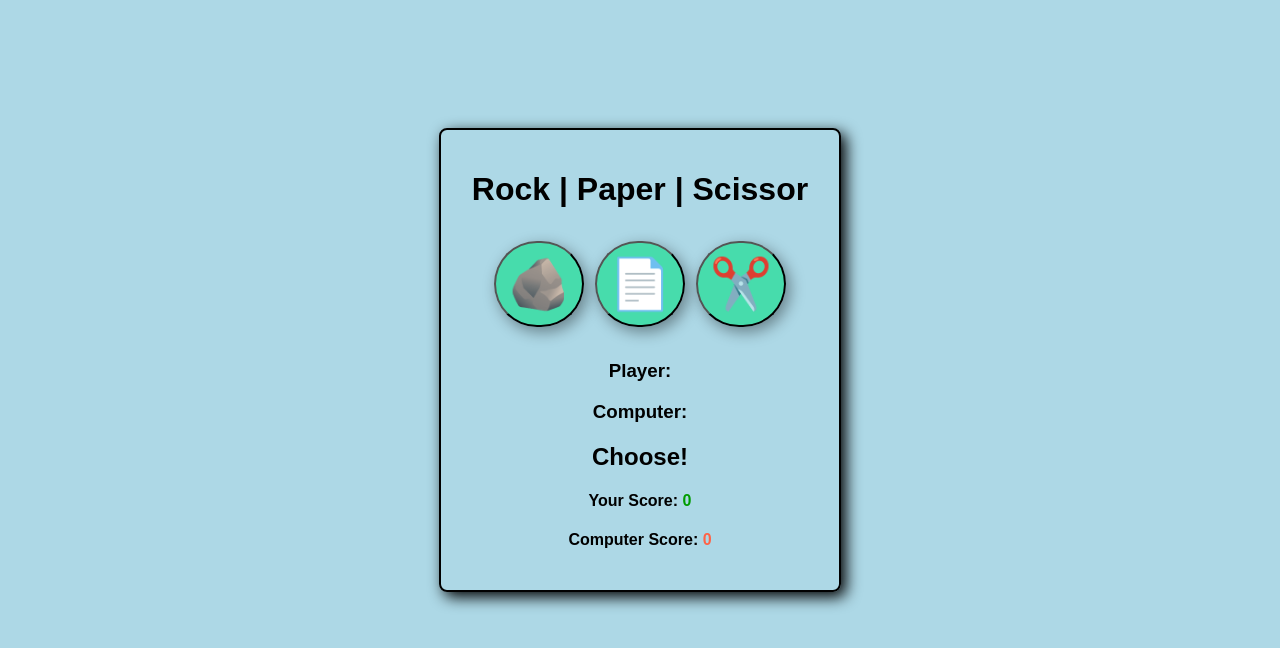
Repository: SakthivelDurai47/Rock-Paper-Sissors
Page: index.html
An editor plug-in stored every save of this project. The page is shown before and after the next save, followed by the edit.
The browser window is 1280 px wide. The pictures show the whole page.

Above is the page before, as saved 2025-04-14 23:20:38.

### index.html
<!DOCTYPE html>
<html lang="en">
  <head>
    <meta charset="UTF-8" />
    <meta name="viewport" content="width=device-width, initial-scale=1.0" />
    <title>Rock, Paper, Scissor</title>
    <meta name="aurthor" content="Sakthivel Durai S" />
    <link rel="stylesheet" href="styles.css" />
  </head>
  <body>
    <main>
      <h1>Rock | Paper | Scissor</h1>
      <div id="choice">
        <button onclick="playGame('Rock')">🪨</button>
        <button onclick="playGame('Paper')">📄</button>
        <button onclick="playGame('Scissor')">✂️</button>
      </div>
      <div id="info">
        <h3 id="playerInfo">Player:</h3>
        <h3 id="computerInfo">Computer:</h3>
      </div>
      <h2 id="result">Choose!</h2>
      <div id="scores">
        <h4>Your Score: <span id="scorePlr">0</span></h4>
        <h4>Computer Score: <span id="scoreCum">0</span></h4>
      </div>
    </main>
    <script src="index.js"></script>
  </body>
</html>

### styles.css
body {
  margin: 0;
  font-family: Arial, sans-serif;
  display: flex;
  flex-direction: column;
  align-items: center;
  text-align: center;
  background-color: lightblue;
  height: 100vh;
}
#choice {
  margin: 30px;
}
button {
  border-radius: 300px;
  font-size: 50px;
  padding: 12px;
  margin: 3px;
  background-color: hsla(160, 70%, 55%, 0.9);
  box-shadow: 4px 5px 15px rgba(0, 3, 3, 0.4);
  transition: background-color 0.5s ease;
  cursor: pointer;
}
button:hover {
  background-color: turquoise;
  scale: 110%;
}

#scorePlr {
  color: rgb(0, 156, 0);
}

#scoreCum {
  color: tomato;
}
.greenText {
  color: rgb(0, 156, 0);
}
.redText {
  color: tomato;
}

main {
  border: 2px solid black;
  margin: auto;
  padding: 20px;
  border-radius: 8px;
  box-shadow: 5px 5px 15px black;
}

### index.js
const choices = ["Rock", "Paper", "Scissor"];
const playerInfo = document.getElementById("playerInfo");
const computerInfo = document.getElementById("computerInfo");
const result = document.getElementById("result");
const scoreCom = document.getElementById("scoreCum");
const scorePlr = document.getElementById("scorePlr");
let playerScore = 0;
let computerScore = 0;

function playGame(playerChoice) {
  const computerChoice = choices[Math.floor(Math.random() * 3)];
  let results = "";
  console.log(computerChoice);

  if (playerChoice === computerChoice) {
    results = "It's a Tie";
  } else {
    switch (playerChoice) {
      case "Rock":
        results = computerChoice === "Scissor" ? "You Win!" : "You Lose!";
        break;
      case "Paper":
        results = computerChoice === "Rock" ? "You Win!" : "You Lose!";
        break;
      case "Scissor":
        results = computerChoice === "Paper" ? "You Win!" : "You Lose!";
        break;
    }
  }
  result.classList.remove("greenText", "redText");
  playerInfo.textContent = `Player: ${playerChoice}`;
  computerInfo.textContent = `Computer: ${computerChoice}`;
  result.textContent = results;

  if (results === "You Win!") {
    playerScore++;
    result.classList.add("greenText");
  } else if (results === "You Lose!") {
    computerScore++;
    result.classList.add("redText");
  }
  scoreCom.innerText = computerScore;
  scorePlr.innerText = playerScore;
}

After the next save:
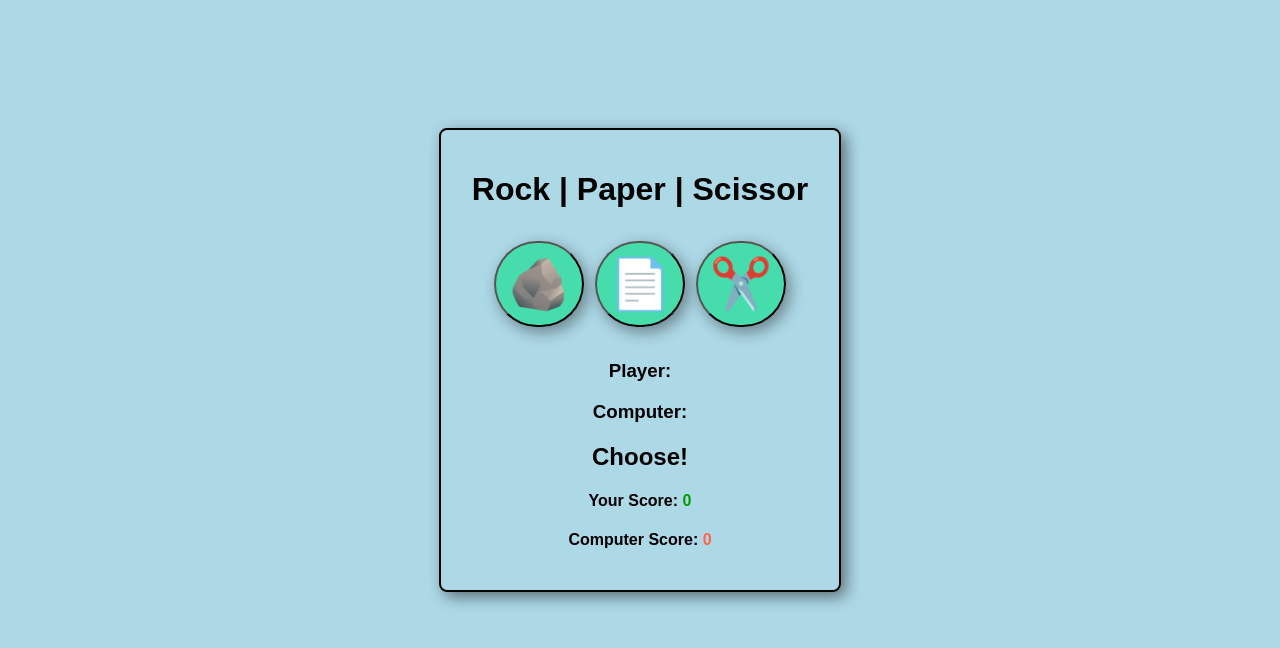
Saved 6 s later.
--- a/styles.css
+++ b/styles.css
@@ -45,5 +45,5 @@ main {
   margin: auto;
   padding: 20px;
   border-radius: 8px;
-  box-shadow: 5px 5px 15px black;
+  box-shadow: 5px 5px 15px rgba(0, 0, 0, 0.477);
 }
